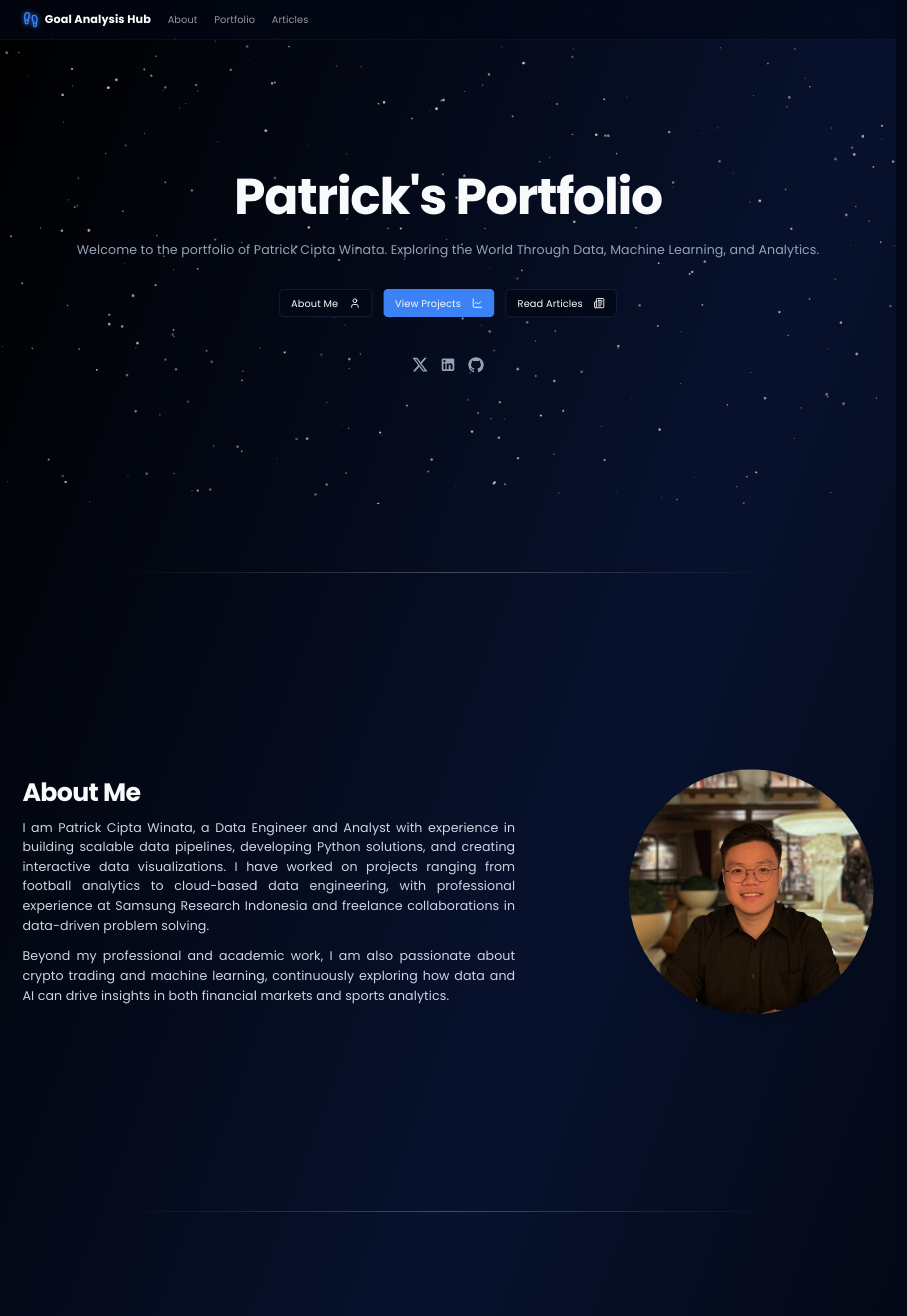
Repository: patrick-cw/my-portfolio
Page: /
An editor plug-in stored every save of this project. The page is shown before and after the next save, followed by the edit.
The browser window is 1280 px wide. The page is 1296 px wide, so the pictures cover 1296 px, including what lies to the right of the window. The pictures show the part of the page from y = 0 to 1880 px (the page is 3545 px tall), at 70% of full size.
The project was rebuilt for these pictures with package versions that can differ from the ones it lists, and the page was loaded fresh each time. The framework's server and built-in components were replaced by stand-ins that run in the browser. Also part of the build but not shown: next.config.ts.

Above is the page before, as saved 2025-08-31 02:06:35.

After the next save:
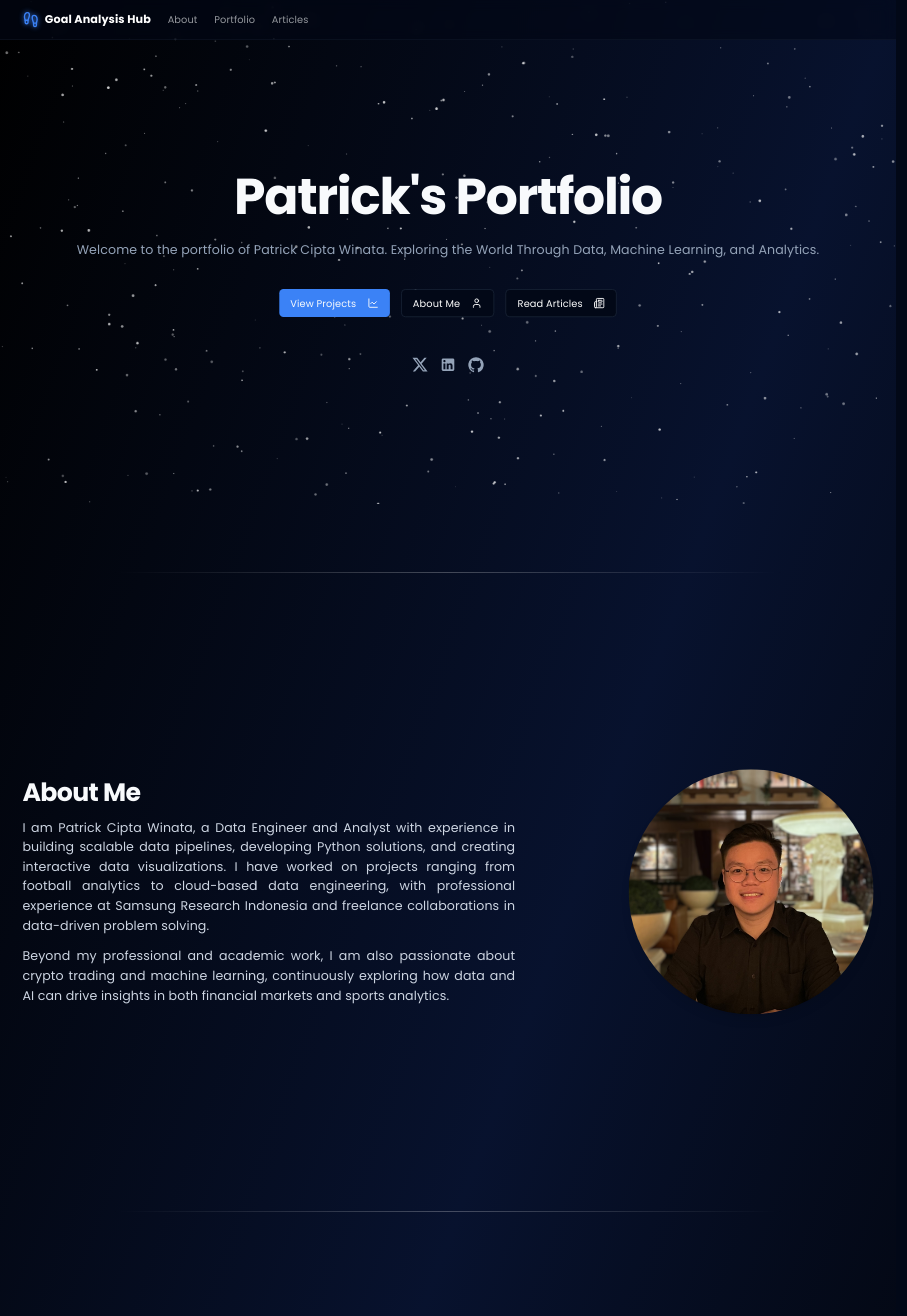
Saved 30 s later.
--- a/src/app/page.tsx
+++ b/src/app/page.tsx
@@ -261,23 +261,23 @@ export default function Home() {
           Welcome to the portfolio of Patrick Cipta Winata. Exploring the World Through Data, Machine Learning, and Analytics.
           </p>
           <div className="mt-10 flex flex-col items-center justify-center gap-y-6">
-          <div className="flex items-center justify-center gap-x-4 flex-wrap gap-y-4">
+            <div className="flex items-center justify-center gap-x-4 flex-wrap gap-y-4">
+              <Button asChild>
+                <Link href="/#portfolio">
+                  View Projects <LineChart className="ml-2 h-4 w-4" />
+                </Link>
+              </Button>
+               <Button variant="outline" asChild>
+                <Link href="/#about">
+                  About Me <User className="ml-2 h-4 w-4" />
+                </Link>
+              </Button>
               <Button variant="outline" asChild>
-                  <Link href="#about">
-                    About Me <User className="ml-2 h-4 w-4" />
-                  </Link>
-                </Button>
-                <Button asChild>
-                  <Link href="#portfolio">
-                    View Projects <LineChart className="ml-2 h-4 w-4" />
-                  </Link>
-                </Button>
-                <Button variant="outline" asChild>
-                  <Link href="#articles">
-                    Read Articles <Newspaper className="ml-2 h-4 w-4" />
-                  </Link>
-                </Button>
-              </div>
+                <Link href="/#articles">
+                  Read Articles <Newspaper className="ml-2 h-4 w-4" />
+                </Link>
+              </Button>
+            </div>
             <div className="flex items-center gap-4 mt-8">
               <Link href="https://twitter.com" target="_blank" rel="noopener noreferrer" aria-label="Twitter">
                 <XIcon className="h-6 w-6 text-muted-foreground transition-colors hover:text-foreground" />
@@ -306,45 +306,3 @@ export default function Home() {
     </>
   );
 }
-
-      {/* Hero Section */}
-      <section id="home" className="container flex min-h-screen flex-col items-center justify-center text-center">
-        <div className="flex-grow flex flex-col items-center justify-center">
-          <h1 className="font-headline text-4xl font-bold tracking-tight text-foreground sm:text-6xl md:text-7xl">
-            Patrick's Portfolio
-          </h1>
-          <p className="mt-6 text-lg leading-8 text-muted-foreground max-w-2xl mx-auto">
-            Welcome to the portfolio of Patrick Cipta Winata. Exploring the World Through Data, Machine Learning, and Analytics.
-          </p>
-          <div className="mt-10 flex flex-col items-center justify-center gap-y-6">
-          <div className="flex items-center justify-center gap-x-4 flex-wrap gap-y-4">
-            <Button variant="outline" asChild>
-                <Link href="#about">
-                  About Me <User className="ml-2 h-4 w-4" />
-                </Link>
-              </Button>
-              <Button asChild>
-                <Link href="#portfolio">
-                  View Projects <LineChart className="ml-2 h-4 w-4" />
-                </Link>
-              </Button>
-              <Button variant="outline" asChild>
-                <Link href="#articles">
-                  Read Articles <Newspaper className="ml-2 h-4 w-4" />
-                </Link>
-              </Button>
-            </div>
-            <div className="flex items-center gap-4 mt-6">
-              <Link href="https://x.com/patrickcw_" target="_blank" rel="noopener noreferrer" aria-label="Twitter">
-                <XIcon  className="h-6 w-6 text-muted-foreground transition-colors hover:text-foreground" />
-              </Link>
-              <Link href="https://www.linkedin.com/in/patrick-cw/" target="_blank" rel="noopener noreferrer" aria-label="LinkedIn">
-                <LinkedInIcon  className="h-6 w-6 text-muted-foreground transition-colors hover:text-foreground" />
-              </Link>
-              <Link href="https://github.com/patrick-cw" target="_blank" rel="noopener noreferrer" aria-label="GitHub">
-                <GitHubIcon className="h-6 w-6 text-muted-foreground transition-colors hover:text-foreground" />
-              </Link>
-            </div>
-          </div>
-        </div>
-      </section>
